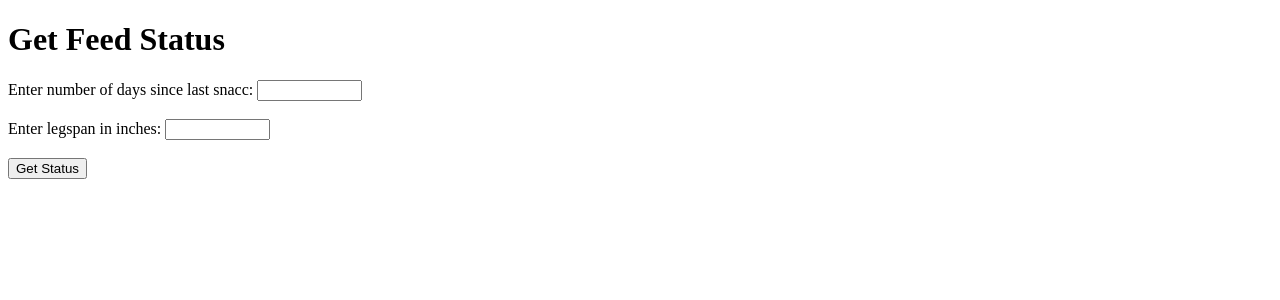
Repository: champloo2/JSPServeletCIS175
Page: http://localhost/TFeeder/status.jsp
An editor plug-in stored every save of this project. The page is shown before and after the next save, followed by the edit.
The browser window is 1280 px wide. The pictures show the whole page.
The page is served by Tomcat 9. Other server files are loaded and not shown.

Above is the page before, as saved 2020-02-13 05:05:27.

### TFeeder/WebContent/status.jsp
<%@ page language="java" contentType="text/html; charset=ISO-8859-1"
    pageEncoding="ISO-8859-1"%>
<!DOCTYPE html>
<html>

<head>
<meta charset="ISO-8859-1">
<title>Feed Status</title>
</head>
<body>
<h1>Get Feed Status</h1>
<form action="statusServlet" method="post">
Enter number of days since last snacc:
<input type="text" name="daysSinceSnacc" size="10"><br /><br />
Enter legspan in inches:
<input type="text" name="diamInInches" size="10"><br /><br />
<input type="submit" value="Get Status" />
</form>
</body>
</html>

After the next save:
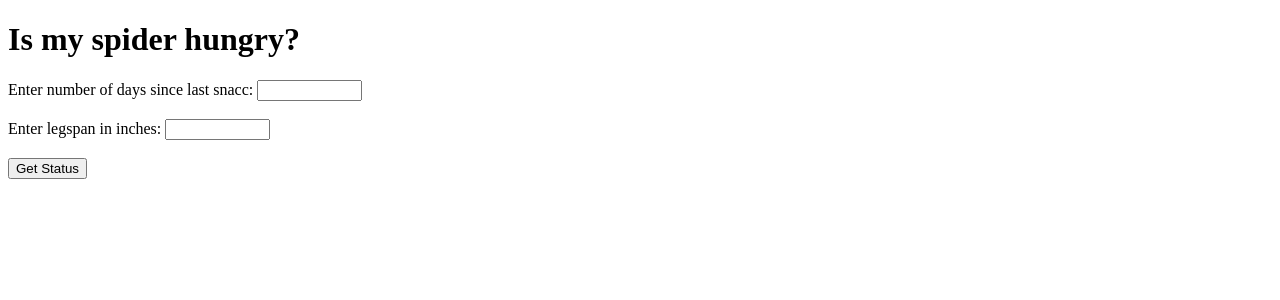
Saved 14 s later.
--- a/TFeeder/WebContent/status.jsp
+++ b/TFeeder/WebContent/status.jsp
@@ -5,10 +5,10 @@
 
 <head>
 <meta charset="ISO-8859-1">
-<title>Feed Status</title>
+<title>Is it time to feed the spider?</title>
 </head>
 <body>
-<h1>Get Feed Status</h1>
+<h1>Is my spider hungry?</h1>
 <form action="statusServlet" method="post">
 Enter number of days since last snacc:
 <input type="text" name="daysSinceSnacc" size="10"><br /><br />
